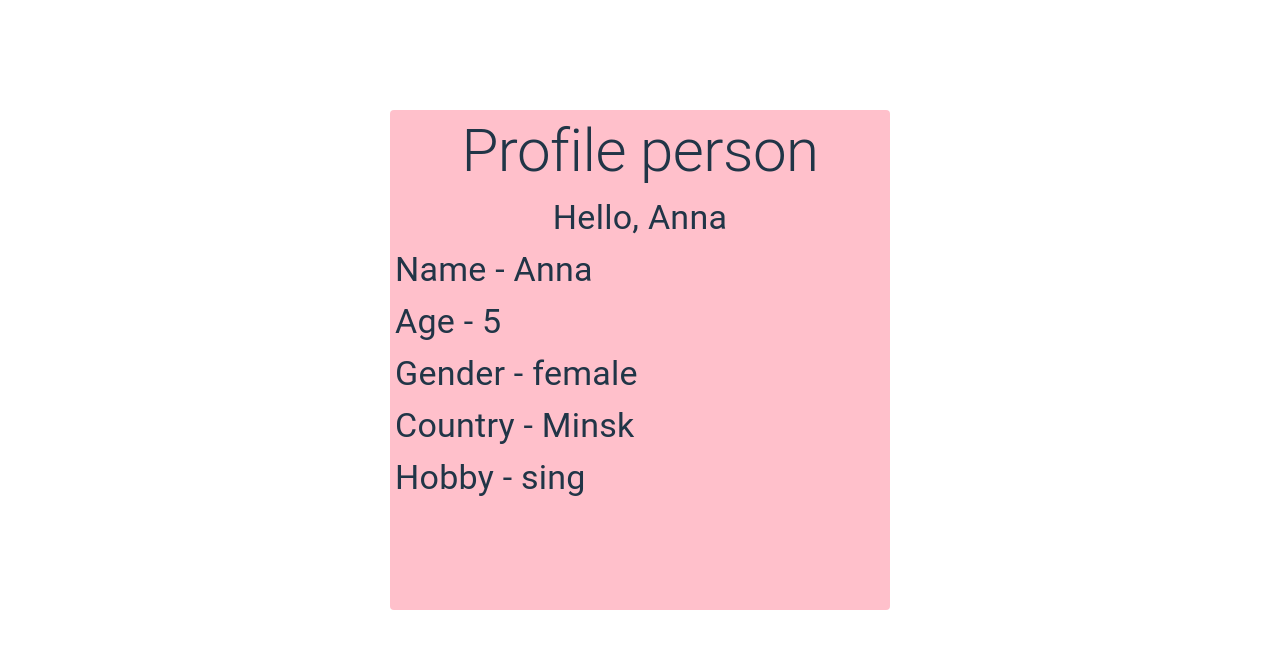
Repository: savannaaaas/props
Page: /
An editor plug-in stored every save of this project. The page is shown before and after the next save, followed by the edit.
The browser window is 1280 px wide. The pictures show the whole page.
The project was rebuilt for these pictures with package versions that can differ from the ones it lists, and the page was loaded fresh each time. Also part of the build but not shown: vite.config.js.

Above is the page before, as saved 2025-07-08 00:02:24.

### src/App.jsx
import "./App.css";
import Box from "@mui/material/Box";
import Typography from "@mui/material/Typography";
import { Person1 } from "./components/Person1";
/**1. Создать 6 любых компонент.
2. В компоненты передать props следующих типов данных:
number
string
boolean
object
function
array
3. Использовать в компонентах каждый prop.
4. Сделать деструктуризацию props. */
function App() {
  const obj = { country: "Minsk" };
  const sayHello = (name) => ` Hello, ${name}`;
  const hobbies = ["swim", "sing", "play vollleyball", "play basketball"];
  return (
    <Box
      sx={{
        width: 500,
        height: 500,
        borderRadius: 1,
        bgcolor: "pink",
      }}
    >
      <Typography variant="h2" align="center" style={{ padding: "5px" }}>
        Profile person
      </Typography>
      <Person1
        name={"Anna"}
        age={5}
        men={false}
        obj={obj}
        sayHello={sayHello}
        hobbies={hobbies}
      />
    </Box>
  );
}

export default App;

### src/components/Person1.jsx
import Typography from "@mui/material/Typography";
export const Person1 = ({ name, age, men, obj, sayHello, hobbies }) => {
  return (
    <>
      <Typography variant="h4" align="center" style={{ padding: "5px" }}>
        {sayHello(name)}
      </Typography>
      <Typography variant="h4" align="left" style={{ padding: "5px" }}>
        Name - {name}
      </Typography>
      <Typography variant="h4" align="left" style={{ padding: "5px" }}>
        Age - {age}
      </Typography>
      <Typography variant="h4" align="left" style={{ padding: "5px" }}>
        Gender - {men ? "men" : "female"}
      </Typography>
      <Typography variant="h4" align="left" style={{ padding: "5px" }}>
        Country - {obj.country}
      </Typography>
      <Typography variant="h4" align="left" style={{ padding: "5px" }}>
        Hobby - {hobbies[1]}
      </Typography>
    </>
  );
};

Loaded but not shown: index.html (common file); src/main.jsx (common file); src/index.css (common file); src/App.css (common file)

After the next save:
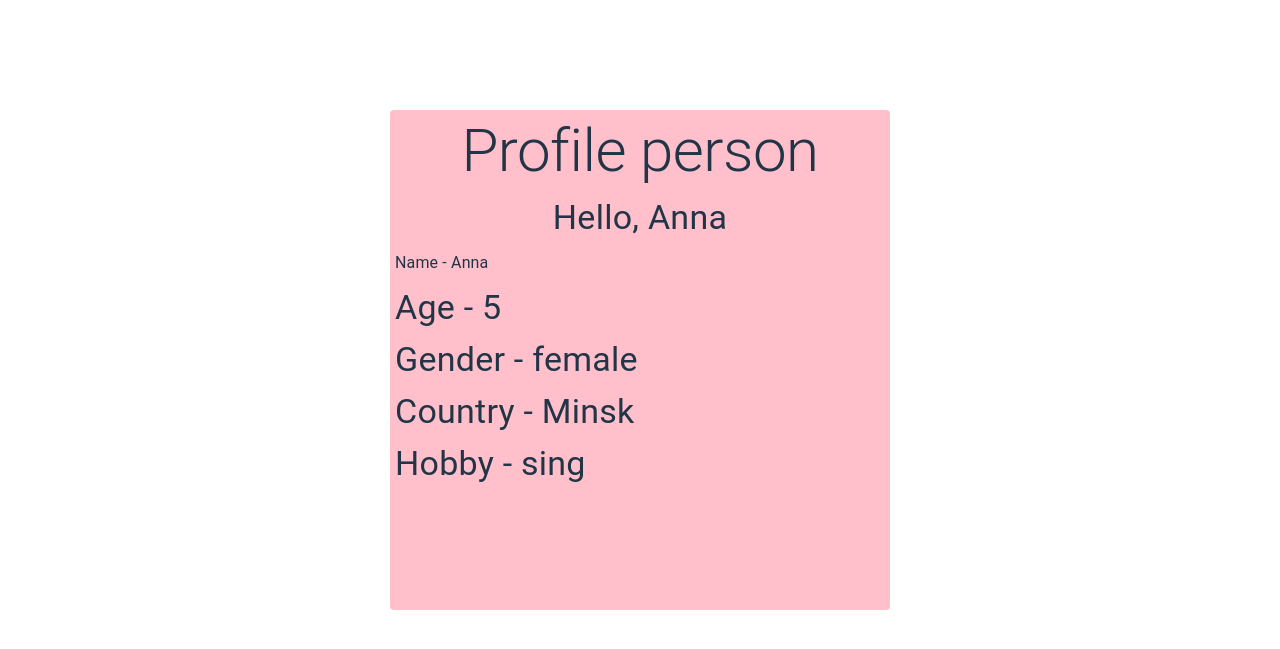
Saved 21 s later.
--- a/src/components/Person1.jsx
+++ b/src/components/Person1.jsx
@@ -5,7 +5,7 @@ export const Person1 = ({ name, age, men, obj, sayHello, hobbies }) => {
       <Typography variant="h4" align="center" style={{ padding: "5px" }}>
         {sayHello(name)}
       </Typography>
-      <Typography variant="h4" align="left" style={{ padding: "5px" }}>
+      <Typography variant="subtitle1" align="left" style={{ padding: "5px" }}>
         Name - {name}
       </Typography>
       <Typography variant="h4" align="left" style={{ padding: "5px" }}>
